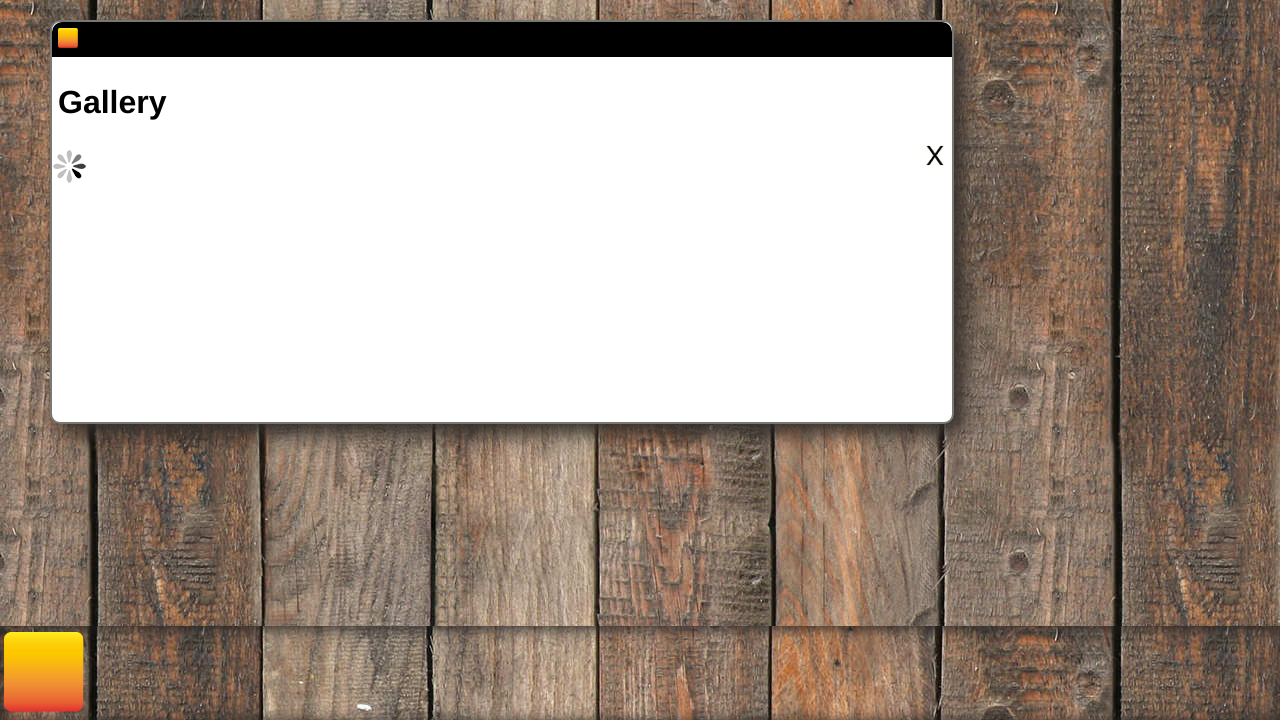
Repository: LindaOtt/1dv403-lo222hd-laborationer
Page: 5-pwd/index.html
The author's editor kept a record of every edit. The page is drawn from the files as they stood at one moment, then again after the next edit.
The browser window is 1280 px wide. The pictures show the whole page.
After loading, the first visible `img` was clicked once.
The page's requests for data from a server got no answer.

Above is the page before.

### 5-pwd/index.html
<!DOCTYPE html>
<html lang="sv">
    <head>
        <meta charset="utf-8">
        <title>L05 Projekt - Linda Ott Olander WP14</title>
        <script type="text/javascript" src="script/project.js"></script>
        <link rel="stylesheet" type="text/css" href="css/style.css">
    </head>
    <body>
        <div id="desktop">
        </div>
    </body>
</html>

### 5-pwd/script/project.js
"use strict";

/* Skapar ett statiskt objekt */
var Desktop = {

    init: function() {
        //Sätt rätt storlek på webbläsarfönstret
        window.resizeTo(1024,640);

        //Skapar element till skrivbordet
        var desktopDiv = document.querySelector("#desktop");

        var menuDiv = document.createElement("div");
        menuDiv.id = "menu";
        desktopDiv.appendChild(menuDiv);

        var menuImg = document.createElement("img");
        menuImg.setAttribute("src","pics/icon.png");
        menuDiv.appendChild(menuImg);

        menuImg.addEventListener("click", function(){
            var galleryWindow = document.createElement("div");
            galleryWindow.id="gallery";
            var galleryIcon = document.createElement("img");

            var galleryTitleDiv = document.createElement("div");
            galleryTitleDiv.id = "gallerytitle";
            galleryWindow.appendChild(galleryTitleDiv);

            var galleryTitleH1 = document.createElement("H1");
            var galleryTitleText = document.createTextNode("Image Viewer");
            galleryTitleH1.appendChild(galleryTitleText);
            galleryIcon.setAttribute("src","pics/icon.png");
            galleryIcon.id = "galleryicon";
            desktopDiv.appendChild(galleryWindow);



            var galleryCloseBtn = document.createElement("img");
            galleryCloseBtn.setAttribute("src","pics/close.png");
            galleryCloseBtn.id = "galleryclose";

            galleryTitleDiv.appendChild(galleryIcon);
            galleryTitleDiv.appendChild(galleryTitleH1);
            galleryTitleDiv.appendChild(galleryCloseBtn);

            var galleryContentDiv = document.createElement("div");
            galleryContentDiv.id = "gallerycontent";
            galleryWindow.appendChild(galleryContentDiv);

            var galleryContentH1 = document.createElement("H1");
            galleryContentDiv.appendChild(galleryContentH1);

            var galleryContentH1Text = document.createTextNode("Gallery");
            galleryContentH1.appendChild(galleryContentH1Text);

            //När fönstret är färdigladdat, hämta bilderna
            //Kollar att #gallerycontent har skapats
            var timerId = window.setTimeout(function() {
                var galleryContentDiv = document.getElementById("gallery");
                if (galleryContentDiv === null || galleryContentDiv === undefined) {
                    //Gör inget och låt loopen fortsätta
                    console.log("Inside timerId");
                }
                else {
                    console.log("Found");
                    Desktop.getImages();
                    clearTimeout(timerId);
                }
            }, 1000);

        }, false);

        //console.log("galleryCloseBtn: " + galleryCloseBtn);

        /*
        var galleryCloseBtn = document.querySelector("#galleryclose");
        galleryCloseBtn.addEventListener("click", function(){
            alert("Click!");
            var galleryNode = document.querySelector("gallery");
            galleryNode.parentNode.removeChild(galleryNode);
        });
        */



    },

    getImages: function() {

        var xhr = new XMLHttpRequest(); //skapat requestobjekt

        var response;

        var loadingAnim = document.createElement("img");
	    loadingAnim.setAttribute("src","pics/ajax-loader.gif");
	    loadingAnim.id = "loadinganim";

	    loadingAnim.className = "hide";

		xhr.onreadystatechange = function(){

		    loadingAnim.className = "";

		    var gallery = document.querySelector("#gallery");
		    gallery.appendChild(loadingAnim);

			if(xhr.readyState === 4 && xhr.status === 200) { //Allt ok med anropet och vi fick tillbaka statuskod 200
				response = JSON.parse(xhr.responseText);
				//Skriver ut bilderna i galleriet
				Desktop.writeImages(response);
				console.log("loadingAnim classname: " + loadingAnim.className);
				loadingAnim.className = "hide";
			}
			else {
			    //alert("Not working");
			}


		};

    	xhr.open("GET", "http://homepage.lnu.se/staff/tstjo/labbyServer/imgviewer/", true);

    	xhr.send(null);

        xhr.delete;

    },

    writeImages: function(response) {
        var galleryContentDiv = document.getElementById("gallerycontent");
        var i;
        var imgWidth = 0;
        var imgHeight = 0;

        for (i = 0; i < response.length; i++) {
            var imgBox = document.createElement("div");
            imgBox.className = "imgbox";
            galleryContentDiv.appendChild(imgBox);

            var img = document.createElement("img");
            img.id = "img-" + i;
            img.setAttribute("src",response[i].thumbURL);
            imgBox.appendChild(img);

            //Lagra bredden på den bredaste bilden
            if (response[i].thumbWidth > imgWidth) {
                imgWidth = response[i].thumbWidth;
            }

            //Lagrar höjden på den högsta bilden
            if (response[i].thumbHeight > imgHeight) {
                imgHeight = response[i].thumbHeight;
            }


        }

        //Skapar en eventlistener på hela galleriet
        document.getElementById("gallery").addEventListener("click", function(e) {
        	// e.target är det klickade elementet
        	if(e.target && e.target.nodeName == "IMG") {
        		//Kolla om bilden som klickats är stängningsknappen
        		//eller om det är en del av galleriet
        		if (e.target.id === "galleryclose") {
        		    //Stänger fönstret
        		    var gallery = document.querySelector("#gallery");
        		    gallery.parentNode.removeChild(gallery);
        		}
        		else {
        		    //Kollar om det som klickats är en bild i galleriet
        		    if (e.target.id.indexOf("img") != -1) {
        		        //Hämta id-nr ur e.target
        		        var targetId = e.target.id.substring(4);
        		        var url = response[targetId].URL;
        		        Desktop.changeBackground(url);
        		    }
        		}
        	}
        });


        //Sätt bredden på bilderna till den bredaste bilden
        //Och höjden på bilderna till den högsta bilden
        if ((imgWidth > 0) && (imgHeight > 0)) {
            imgWidth = imgWidth + "px";
            imgHeight = imgHeight + "px";
            var imgBoxes = document.querySelectorAll(".imgbox");

            for (var j = 0; j < imgBoxes.length; j++) {
                imgBoxes[j].style.width = imgWidth;
                imgBoxes[j].style.height = imgHeight;
            }
        }
    },

    changeBackground: function(url) {
        //console.log("url: " + url);
        url = "url(" + url + ")" ;
        document.body.style.backgroundImage = url;
    }

};

window.onload = Desktop.init;

### 5-pwd/css/style.css
body {
    background-image: url(../pics/bg.jpg);
    margin: 0;
    padding: 0;
    font-family: Helvetica, Arial, sans-serif;
}

#menu {
    position: absolute;
    bottom: 0;
    width: 100%;
    margin: 0;
    box-shadow: inset 2px 2px 15px #211f20;
    background-image: url(../pics/bg.jpg);
}

#menu img {
    padding: 4px;
    padding-top: 6px;
    cursor: pointer;
}

#gallery {
    position: absolute;
    top: 20px;
    left:50px;
    width: 900px;
    height: 400px;
    border-radius:10px;
    background-color: white;
    box-shadow: 10px 10px 20px #332e2a;
    border: 2px solid #787873;
    overflow: scroll;
}

#gallerytitle {
    font-weight: bold;
    padding-bottom: 20px;
    display: block;
    width: 100%;
    height: 15px;
    background-color: black;
    color: white;
    border-top-left-radius: 10px;
    border-top-right-radius: 10px;
    vertical-align: top;
}

#gallerytitleh1 {
    font-size: 16px;
    display: inline-block;
    position: absolute;
    top: 0px;
    z-index: 3;
}

#galleryicon {
    width: 20px;
    height: 20px;
    padding: 6px;
    padding-right: 4px;
}

#galleryclose {
    position: absolute;
    right: 0px;
    cursor: pointer;
}

#gallerycontent {
    padding: 6px;
}

.imgbox {
    border: 1px solid black;
    display: inline-block;
    background-color: black;
    text-align: center;
    margin: 0 20px 20px 0;
    border-radius: 5px;
}

#loadinganim {
    z-index: 2;
    position: absolute;
    margin: 0 auto;
}

.hide {
    display: none;
}

#gallery img {
    cursor: pointer;
}

After the next edit:
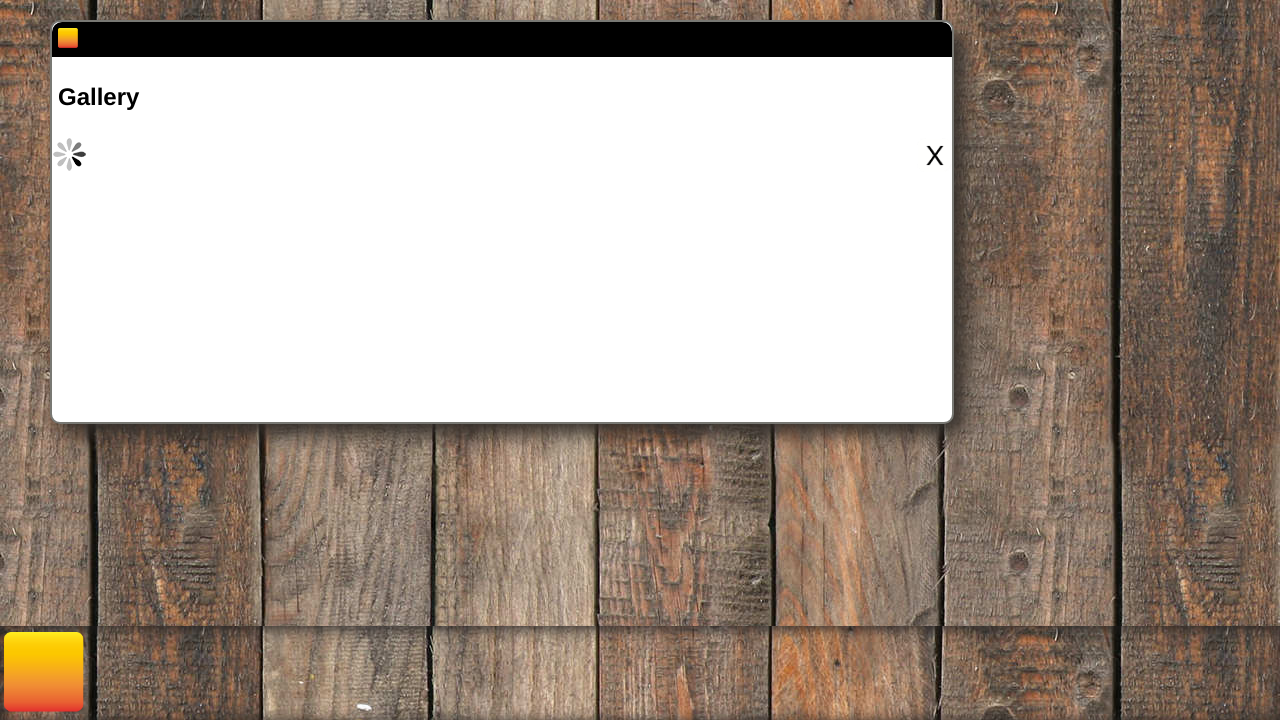
The edit:
--- a/5-pwd/script/project.js
+++ b/5-pwd/script/project.js
@@ -48,11 +48,11 @@
             galleryContentDiv.id = "gallerycontent";
             galleryWindow.appendChild(galleryContentDiv);
 
-            var galleryContentH1 = document.createElement("H1");
-            galleryContentDiv.appendChild(galleryContentH1);
-
-            var galleryContentH1Text = document.createTextNode("Gallery");
-            galleryContentH1.appendChild(galleryContentH1Text);
+            var galleryContentH2 = document.createElement("H2");
+            galleryContentDiv.appendChild(galleryContentH2);
+
+            var galleryContentH2Text = document.createTextNode("Gallery");
+            galleryContentH2.appendChild(galleryContentH2Text);
 
             //När fönstret är färdigladdat, hämta bilderna
             //Kollar att #gallerycontent har skapats
